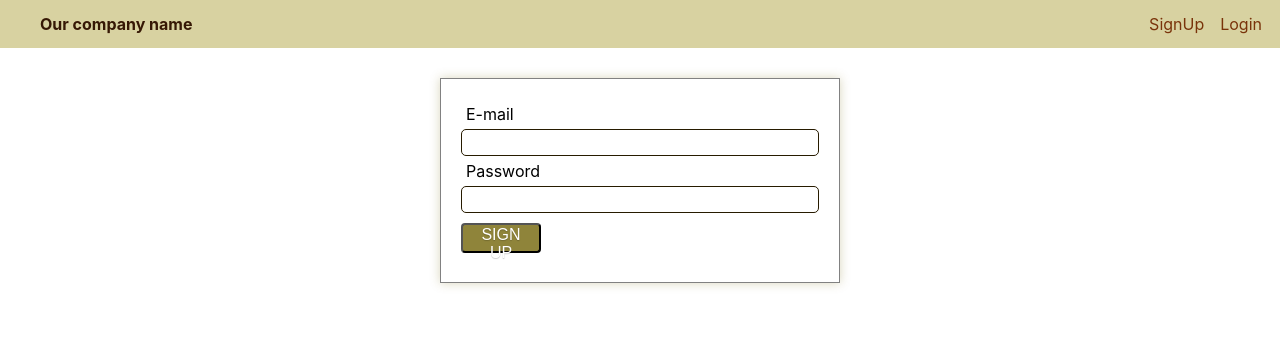
Repository: Zhabskyi/weather-aplication
Page: /sign-up
An editor plug-in stored every save of this project. The page is shown before and after a run of saves, followed by the edit.
The browser window is 1280 px wide. The pictures show the whole page.
The project was rebuilt for these pictures with package versions that can differ from the ones it lists, and the page was loaded fresh each time. Also part of the build but not shown: src/components/login/Login.css, src/components/login/loginForm/LoginForm.jsx, src/components/login/LogIn.jsx, src/containers/App.css.

Above is the page before, as saved 2018-12-22 19:42:43.

### src/index.js
import React from 'react';
import ReactDOM from 'react-dom';
import './index.css';
import './components/styles/base.css';
import App from './containers/App';
import * as serviceWorker from './serviceWorker';

ReactDOM.render(<App />, document.getElementById('root'));

// If you want your app to work offline and load faster, you can change
// unregister() to register() below. Note this comes with some pitfalls.
// Learn more about service workers: http://bit.ly/CRA-PWA
serviceWorker.unregister();

### src/components/styles/base.css

* {
  box-sizing: border-box;
}

html {
  font-family: 'Nunito', sans-serif;
  font-size: 16px;
}

body {
  padding: 0;
  margin: 0;
  min-height: 100vh;
}

h1,
h2,
h3,
h4,
p, figure {
  margin: 0;
  padding: 0;
}

ul, li {
  list-style: none;
  padding: 0;
  margin: 0;
}

h2 {
  font-size: 4.57rem;
}

h3 {
  font-size: 2rem;
}

h4 {
  font-size: 1rem;
}

a {
  text-decoration: none;
  display: inline-block;
}

### src/containers/App.js
import React, { Component } from 'react';
import { BrowserRouter as Router, Route, Link } from "react-router-dom";
import NavMenu from '../components/nav-menu/NavMenu';
import SignUp from '../components/sign-up/SignUp';
import Login from '../components/login/LogIn';
import './App.css';
import AuthService from '../commons/scripts/authService/AuthService';

const authService = new AuthService();

class App extends Component {
  render() {
		return (
		<Router>
			<div className="page-wrapper">
				<NavMenu>
					<Link to="/sign-up">SignUp</Link>
					<Link to="/login">Login</Link>
				</NavMenu>
				<Route path="/sign-up" render={(props) => {
					return <SignUp {...props} authService={authService} />
				}}/>
				<Route path ="/login" render={({props}) =>  <Login {...props} authService={authService} />} />
			</div>
		</Router>
	);
	}
}

export default App;

### src/components/nav-menu/NavMenu.jsx
import React from 'react';
import './NavMenu.css';


class NavMenu extends React.Component {

	render() {
		const listItems = [];

		React.Children.forEach(this.props.children, (child, i) => {
			const link = React.cloneElement(child, {
				key: i,
				className: 'nav-bar__link'
		});
			listItems.push(<li className="nav-bar__list__item" key={link.key+100}>
				{ link }
			</li>);
	});

		return (<div className='page-head'>
			<header className='header'>
				<nav className='nav-bar'>
					<div className='nav-bar__company'>
						Our company name
					</div>
					<div className='nav-bar__spacer'></div>
					<ul className='nav-bar__list'>
						{listItems}
					</ul>
				</nav>
			</header>
		</div>)
	}
}

export default NavMenu;

### src/components/sign-up/SignUp.jsx
import React from "react";
import "./SignUp.css";
import SignUpForm from "./signUpForm/SignUpForm";

class SignUp extends React.Component {
	state = {
		errors: [],
	};



	onSignUp = userData => {
		this.props.authService
		.signIn(userData)
		.then((resp) => {
			debugger;
		 	alert('GOOD!');
		})
		.catch((e) => {
		//	debugger;
			this.setState({errors: [...e.payload]})
		})
	};

	render() {
		return (
			<div className="sign-in">
				<SignUpForm
					onSignUp={this.onSignUp}
					errors={this.state.errors}
					inputClass={this.inputClass}
					/>
			</div>
		);
	}
}

export default SignUp;

### src/commons/scripts/authService/AuthService.js
class AuthService {
  constructor(domain) {
    this.domain = domain || "https://rest-node-course-api.herokuapp.com";
  }

  validateResponse = resp => {
    return resp.json().then(json => {
      if (resp.status !== 200 || resp.status !== 201) {
        const error = new Error();
        error.code = resp.status;
        error.message = json.message;
        error.payload = json.data;
        return Promise.reject(error);
      }
      return json;
    });
  };

  onValidationSuccess = jsonResponseData => {
    this.setToken(jsonResponseData.token);
    return jsonResponseData;
  };

  onValidationError = e => {
    console.log(e);
    throw e;
  };

  signIn = state => {
    return fetch(`${this.domain}/auth/signup`, {
      method: "PUT",
      headers: {
        "Content-Type": "application/json"
      },
      body: JSON.stringify(state)
    })
      .then(this.validateResponse)
      .then(this.onValidationSuccess)
      .catch(this.onValidationError);
  };

  login = state => {
    return fetch(`${this.domain}/auth/login`, {
      method: "POST",
      headers: {
        "Content-Type": "application/json"
      },
      body: JSON.stringify(state)
    })
      .then(resp => resp.json())
      .then(resp => {
        console.log(resp);
        this.setToken(resp.token);
      })
      .catch(e => {
        console.log(e);
      });
  };

  getPosts = () => {
    fetch(`${this.domain}/feed/posts`, {
      method: "GET",
      headers: {
        Authorization: `Bearer ${this.getToken()}`,
        "Content-Type": "application/json"
      }
    })
      .then(resp => resp.json())
      .then(resp => {
        console.log(resp);
      })
      .catch(e => {
        console.log(e);
      });
  };

  setToken(token) {
    console.log("SET TOKEN TO STORAGE");
    localStorage.setItem("token", token);
  }

  getToken() {
    return localStorage.getItem("token");
  }

  loggedIn() {
    const token = this.getToken();
    return !!token;
  }
}

export default AuthService;

### src/components/nav-menu/NavMenu.css
.page-head {
	height: 3rem;
	background-color: rgba(190, 181, 99, 0.6);
}

.header {
	height: 100%;
}
.nav-bar {
	display: flex;
	align-items: center;
	height: 100%;
}

.nav-bar__spacer {
	flex: 1 1;
}

.nav-bar__company {
	margin-left: 30px;
	padding: 0 10px;
	font-weight: 700;
	color: rgb(54, 24, 5);
}

.nav-bar__list {
	display: flex;
	align-items: center;
	justify-content: space-between;
	padding: 0 10px;
}

.nav-bar__list__item {
	padding: 0 0.5rem;
}

.nav-bar__link {
	color:rgb(121, 51, 10);
}

### src/components/sign-up/SignUp.css
.sign-in {
	max-width: 400px;
	padding: 20px;
	margin: 30px auto;
	border: 1px solid rgba(29, 29, 29, 0.555);
	box-shadow: 0px 0px 10px 0px rgba(131, 119, 37, 0.3);
}

.sign-in__container {
	width: 100%;
}

.sign-in__container__label {
	display: block;
	padding: 5px;
	width: 100%;
}

.sign-in__container__input {
	width:100%;
	outline: none;
	padding: 5px;
	border: 1px solid rgb(39, 27, 0);
	border-radius: 5px;
}

.sign-in__button {
	margin-top: 10px;
	font-size: 16px;
	color: white;
	height: 30px;
	width: 80px;
	border-radius: 4px;
	text-shadow: 0 1px 1px rgba(0, 0, 0, 0.2);
	background: rgba(131, 119, 37, 0.9);
}

.input-error {
	border: 2px solid rgb(163, 12, 1);
	background-color: rgba(163, 12, 1, 0.2);
}

### src/components/sign-up/signUpForm/SignUpForm.jsx
import React from 'react';
import classnames from 'classnames';
class SignUpForm extends React.Component {
  state = {
    email: '',
    name: '',
		password: '',
		isEmail: false,
		isName: false,
		isPassword: false,
	};


	handleFormSignIn = (e) => {
		e.preventDefault();
		if (this.lengthChecker("isEmail")
				&& this.lengthChecker("isName")
				&& this.lengthChecker("isPassword")) {
			this.props.onSignUp(this.state);
		}
	}


	chnageHandler = (field) => {
		return (e) => {
			const value = e.target.value;
			this.setState({[field]: value});
		}
	}

	lengthChecker = (field) => {
		return (e) => {
			if ( e.target.value.length < 5 ) {
				const value = true;
				this.setState((oldState) => Object.assign({}, oldState, {[field]: value}, {errors: [ `${field} too short`]}));
				e.target.setCustomValidity('Have to be longer than 5 symbols');
			} else {
				const value = false;
				this.setState({[field]: value});
				e.target.setCustomValidity('');
			}
			return this.state.field;
			}
	}

	renderErrors =() => {
		if(this.props.errors.length > 0) {
			return this.props.errors.map(e => {
				console.log(e);
				return <div>{e.msg}</div>
			})
		}
		return null;
	};

  render() {
		const {isEmail, isName, isPassword} = this.state;
		let inputEmailClass = classnames('sign-in__container__input', {'input-error': isEmail});
		let inputNameClass = classnames('sign-in__container__input', {'input-error': isName});
		let inputPasswordClass = classnames('sign-in__container__input', {'input-error': isPassword});

    return <form onSubmit={this.handleFormSignIn}>
      <div className='sign-in__container'>
        <label className='sign-in__container__label' htmlFor='email'>E-mail</label>
				<input className={inputEmailClass}
					onChange={this.chnageHandler('email')}
					onBlur={this.lengthChecker('isEmail')}
					value={this.state.email}
					type="email"
					id='email'/>
      </div>

      <div className='sign-in__container'>
        <label className='sign-in__container__label' htmlFor='password'>Password</label>
				<input className={inputPasswordClass}
					onChange={this.chnageHandler('password')}
					onBlur={this.lengthChecker('isPassword')}
					value={this.state.password}
					type="password"
					id='password'/>
      </div>
      <button type='Submit' className='sign-in__button'>SIGN UP</button>
    </form>
  }
}

export default SignUpForm;

### src/components/input/Input.jsx
import React from 'react';

export const Input = (props) => {
    return <div className='input'>
        <label className='input__label' htmlFor={this.props.id}>{this.props.title}</label>
        <input className='input__native-input'
            onChange={this.props.onChange}
            onBlur={this.props.onBlur}
            value={this.state.name}
            type={this.props.type}
            id={this.props.id}/>
    </div>
};

Loaded but not shown: public/index.html (common file); src/index.css (common file); src/serviceWorker.js (common file)

After the next 2 saves:
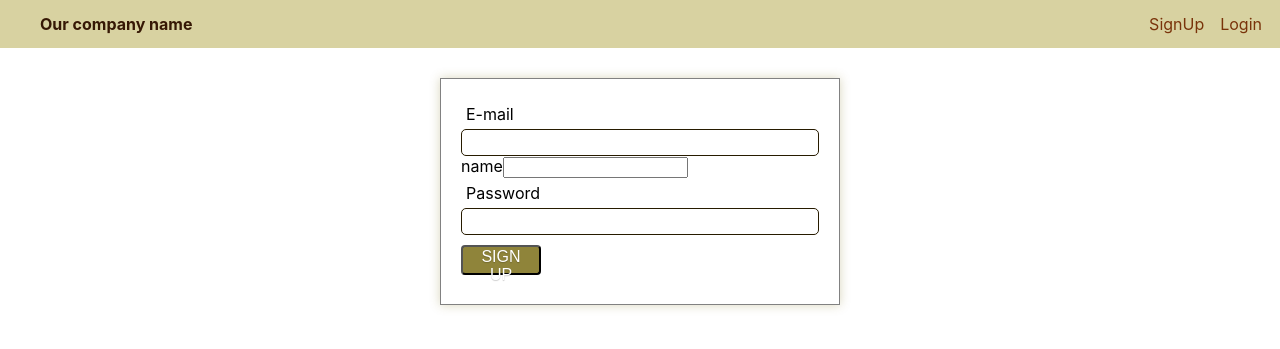
The 2 saves are shown as one change because 1 did not build or start.
The last was saved 4 min 14 s later.
--- a/src/components/sign-up/signUpForm/SignUpForm.jsx
+++ b/src/components/sign-up/signUpForm/SignUpForm.jsx
@@ -1,5 +1,8 @@
 import React from 'react';
 import classnames from 'classnames';
+
+import Input from '../../input/Input';
+
 class SignUpForm extends React.Component {
   state = {
     email: '',
@@ -69,7 +72,9 @@ class SignUpForm extends React.Component {
 					type="email"
 					id='email'/>
       </div>
-
+			<Input
+				title="name"
+			/>
       <div className='sign-in__container'>
         <label className='sign-in__container__label' htmlFor='password'>Password</label>
 				<input className={inputPasswordClass}
--- a/src/components/input/Input.jsx
+++ b/src/components/input/Input.jsx
@@ -2,12 +2,14 @@ import React from 'react';
 
 export const Input = (props) => {
     return <div className='input'>
-        <label className='input__label' htmlFor={this.props.id}>{this.props.title}</label>
+        <label className='input__label' htmlFor={props.id}>{props.title}</label>
         <input className='input__native-input'
-            onChange={this.props.onChange}
-            onBlur={this.props.onBlur}
-            value={this.state.name}
-            type={this.props.type}
-            id={this.props.id}/>
+            onChange={props.onChange}
+            onBlur={props.onBlur}
+            value={props.value}
+            type={props.type}
+            id={props.id}/>
     </div>
 };
+
+export default Input;
